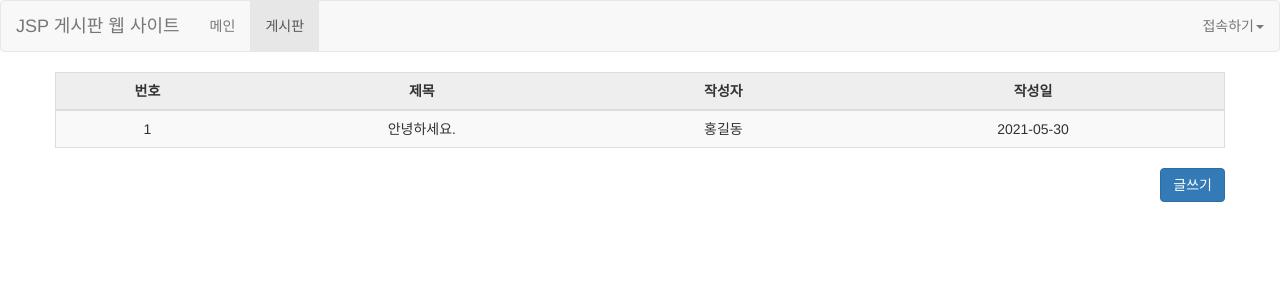
Repository: hanseu9839/BbsJSP
Page: http://localhost/BBS/bbs.jsp
An editor plug-in stored every save of this project. The page is shown before and after a run of saves, followed by the edit.
The browser window is 1280 px wide. The pictures show the whole page.
The page is served by Tomcat 9. Other server files are loaded and not shown. Queries for data that is not in the repository find no rows.

Above is the page before, as saved 2021-05-03 02:00:56.

### BBS/src/main/webapp/bbs.jsp
<%@ page language="java" contentType="text/html; charset=UTF-8"
    pageEncoding="UTF-8"%>
    <%@ page import ="java.io.PrintWriter"%>
    <%@ page import ="bbs.BbsDAO"%>
    <%@ page import ="bbs.Bbs"%>
    <%@ page import ="java.util.ArrayList"%>
    <!-- UTF-8은 요즘 가장 많이 쓰이는 대표적인 형식 (한글,영어) 둘다 지원됨 -->
<!DOCTYPE html>
<html>
<head>
<meta http-equiv="Content-Type" content="text/html; charset=UTF-8">
<meta name="viewport" content="width-device-width", initial-scale="1">
<link rel="stylesheet" href="css/bootstrap.min.css">
<title>JSP 게시판 웹사이트 </title>
</head>
<body>
	<%
		String userID = null;
		if(session.getAttribute("userID") != null){
			userID = (String) session.getAttribute("userID");
		}
		int pageNumber = 1;
		if(request.getParameter("pageNumber") != null){
			pageNumber = Integer.parseInt(request.getParameter("pageNumber"));
		}
	%>
   <nav class="navbar navbar-default">
      <div class="navbar-header">
         <button type="button" class="navbar-toggle collapsed"
         data-toggle="collapse" data-target= "#bs-example-navbar-collapse-1"
         aria-expanded="false">
         <span class="icon-bar"></span>
         <span class="icon-bar"></span>
         <span class="icon-bar"></span>
         </button>
         <a class="navbar-brand" href="main.jsp">JSP 게시판 웹 사이트</a>
      </div>
      <div class="collapse navbar-collapse" id="bs-example-navbar-collapse-1">
         <ul class="nav navbar-nav">
            <li ><a href ="main.jsp">메인</a></li>
            <li class="active"><a href ="bbs.jsp">게시판</a></li>
         </ul>
         <%
         	if(userID == null) {
         %>
         <ul class="nav navbar-nav navbar-right">
            <li class="dropdown">
               <a href="#" class="dropdown-toogle"
                  data-toggle="dropdown" role="button" aria-haspopup="true"
                  aria-expanded="false">접속하기<span class="caret"></span></a>
                  <ul class="dropdown-menu">
                     <li><a href="login.jsp">로그인</a></li>
                     <li><a href="join.jsp">회원가입</a></li>
                  </ul>
            </li>
         </ul>
         <%
         	} else {
         		%>
         		<ul class="nav navbar-nav navbar-right">
            <li class="dropdown">
               <a href="#" class="dropdown-toogle"
                  data-toggle="dropdown" role="button" aria-haspopup="true"
                  aria-expanded="false">회원관리<span class="caret"></span></a>
                  <ul class="dropdown-menu">
                     <li><a href="login.jsp">로그인아웃</a></li>
                  </ul>
            </li>
         </ul>
         <%
         	}
         %>
      </div>
   </nav>
   <!-- 게시판은 글이 써진 순서대로 쓰여지는 하나의 테이블 형식을 가지고 있다. -->
   <div class = "container">
   		<div class="row">
   			<table class = "table table-striped" style =" text-align: center; border: 1px solid #dddddd">
   				<thead>
   					<tr>
   						<th style="background-color: #eeeeee; text-align: center;">번호</th>
   						<th style="background-color: #eeeeee; text-align: center;">제목</th>
   						<th style="background-color: #eeeeee; text-align: center;">작성자</th>
   						<th style="background-color: #eeeeee; text-align: center;">작성일</th>
   					</tr>
   				</thead>
   				<tbody>
   					<tr>
   						<td>1</td>
  						<td>안녕하세요.</td>
   						<td>홍길동</td>
   						<td>2021-05-30</td>
  					</tr>
   				</tbody>
   			</table>
   			<a href="write.jsp" class="btn btn-primary pull-right">글쓰기</a>
   		</div>

   </div>

   <script src="https://ajax.googleapis.com/ajax/libs/jquery/1.12.4/jquery.min.js"></script>
<script src="js/bootstrap.min.js"></script>
</body>
</html>

### BBS/src/main/java/bbs/BbsDAO.java
package bbs;

import java.sql.Connection;
import java.sql.DriverManager;
import java.sql.PreparedStatement;
import java.sql.ResultSet;
import java.util.ArrayList;

//DAO는 데이터접근객체의 약자이다.
	public class BbsDAO { //BbsDAO는 여러개의 함수가 사용되기 때문에 데이터베이스의 접근에 있어서 충돌이 일어나지 않도록 PreparedStatement를 지워준다.
		   private Connection conn;

		   private ResultSet rs;

		   //try catch 구문을 사용하여 예외처리 해준다. 만약 오류가 난다면 그 부분을 print해준다.
		   public BbsDAO() {
		      try {
		         String dbURL = "jdbc:mysql://localhost:3306/BBS?characterEncoding=UTF-8&serverTimezone=Asia/Seoul "; //mysql 3306포트를 사용한다.
		         String dbID = "root";
		         String dbPassword="@qnpfr54953";
		         Class.forName("com.mysql.cj.jdbc.Driver");
		         //Driver라는 것은 mysql에 접속할 수 있도록 해준것이다.
		         conn = DriverManager.getConnection(dbURL,dbID,dbPassword);
		      }catch(Exception e) {
		         e.printStackTrace();
		      }
		  }
		   public String getDate() {//현재의 시간을 가져오는 부분으로써 게시판을 작성할 때 현재의 시간을 넣어주는 부분이다.
			   String SQL = "SELECT NOW()";
			   try {
				   PreparedStatement pstmt = conn.prepareStatement(SQL); //현재 연결되어있는 conn객체를 이용해서 SQL을 문장을 실행 준비단계로 만들어준다.
				   rs = pstmt.executeQuery();
				   if(rs.next()) {
					   return rs.getString(1); //반환해준다.
				   }
			   } catch(Exception e) {
				   e.printStackTrace();
			   }
			   return "";
		   }
		   public int getNext() {
			   String SQL = "SELECT bbsID FROM BBS ORDER BY bbsID DESC";
			   try {
				   PreparedStatement pstmt = conn.prepareStatement(SQL); //현재 연결되어있는 conn객체를 이용해서 SQL을 문장을 실행 준비단계로 만들어준다.
				   rs = pstmt.executeQuery();
				   if(rs.next()) {
					   return rs.getInt(1)+1; //반환해준다.
				   }
				   return 1; //첫 번째 게시물인 경우
			   } catch(Exception e) {
				   e.printStackTrace();
			   }
			   return -1;
		   }
		   public int write(String bbsTitle,String userID,String bbsContent){
			   String SQL = "INSERT INTO BBS VALUES(?, ?, ?, ?, ?,?)";
			   try {
				   PreparedStatement pstmt = conn.prepareStatement(SQL);
				   pstmt.setInt(1, getNext());
				   pstmt.setString(2, bbsTitle);
				   pstmt.setString(3, userID);
				   pstmt.setString(4, getDate());
				   pstmt.setString(5, bbsContent);
				   pstmt.setInt(6, 1);// rs= pstmt.executeQuery(); insert는 자동으로 해줌
				   return pstmt.executeUpdate();
			   } catch(Exception e) {
				   e.printStackTrace();
			   }
			   return -1;
		   }
		   public ArrayList<Bbs> getList(int pageNumber){
			   String SQL = "SELECT * FROM BBS WHERE bbsID < ? AND bbsAbailable = 1 ORDER BY bbsID DESC LIMIT 10";
			   ArrayList<Bbs> list = new ArrayList<Bbs>();
			   try {
				   PreparedStatement pstmt = conn.prepareStatement(SQL);
				   pstmt.setInt(1, getNext() - (pageNumber - 1) * 10);
				   // getNext글 다음에 작성될 번호  현재 만약 게시글 5개라고 가정한다면 getNext하면 6개 // 페이지는 1이니깐 결과적으로는 6이라는 값이 결정된다.
				  rs = pstmt.executeQuery();
				  while(rs.next()) {
					  Bbs bbs = new Bbs();
					  bbs.setBbsID(rs.getInt(1));
					  bbs.setBbsTitle(rs.getString(2));
					  bbs.setUserID(rs.getString(3));
					  bbs.setBbsDate(rs.getString(4));
					  bbs.setBbsContent(rs.getString(5));
					  bbs.setBbsAvailable(rs.getInt(6));
					  list.add(bbs);
				  }
			   } catch(Exception e) {
				   e.printStackTrace();
			   }
			   return list;
		   }
		   public boolean nextPage(int pageNumber) { //페이징 처리를 위해서 존재한다.
			   String SQL = "SELECT * FROM BBS WHERE bbsID < ? AND bbsAbailable = 1";
			   ArrayList<Bbs> list = new ArrayList<Bbs>();
			   try {
				   PreparedStatement pstmt = conn.prepareStatement(SQL);
				   pstmt.setInt(1, getNext() - (pageNumber - 1) * 10);
				   // getNext글 다음에 작성될 번호  현재 만약 게시글 5개라고 가정한다면 getNext하면 6개 // 페이지는 1이니깐 결과적으로는 6이라는 값이 결정된다.
				  rs = pstmt.executeQuery();
				  while(rs.next()) {
					 return true; //다음페이지로 넘어갈 수 있게 해준다.
				  }
			   } catch(Exception e) {
				   e.printStackTrace();
			   }
			   return false;
		   }
}

Loaded but not shown: BBS/src/main/webapp/css/bootstrap.min.css (library); BBS/src/main/webapp/js/bootstrap.min.js (library)

After the next 2 saves:
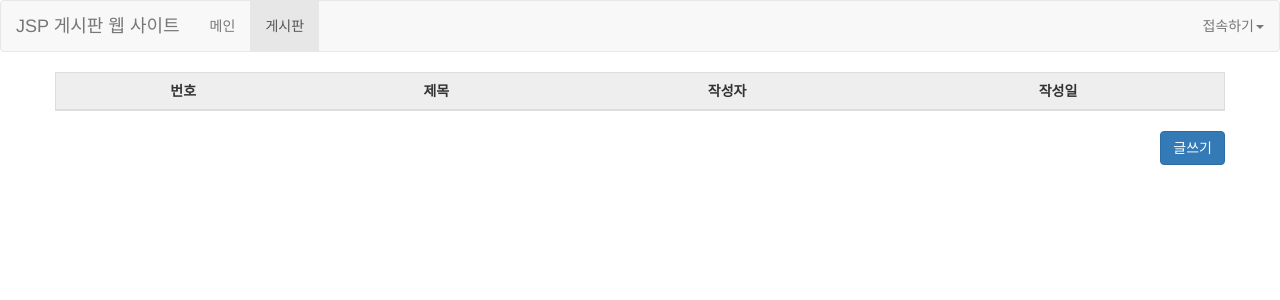
The 2 saves are shown as one change because 1 did not build or start.
The last was saved 115 s later.
--- a/BBS/src/main/webapp/bbs.jsp
+++ b/BBS/src/main/webapp/bbs.jsp
@@ -85,12 +85,16 @@
    					</tr>
    				</thead>
    				<tbody>
-   					<tr>
-   						<td>1</td>
-  						<td>안녕하세요.</td>
-   						<td>홍길동</td>
-   						<td>2021-05-30</td>
-  					</tr>
+   				<%
+   					BbsDAO bbsDAO = new BbsDAO();
+   					ArrayList<Bbs> list = bbsDAO.getList(pageNumber);
+   					for(int i =0; i < list.size();i++){
+   				%>
+   				<%
+
+   					}
+   				%>
+
    				</tbody>
    			</table>
    			<a href="write.jsp" class="btn btn-primary pull-right">글쓰기</a>
